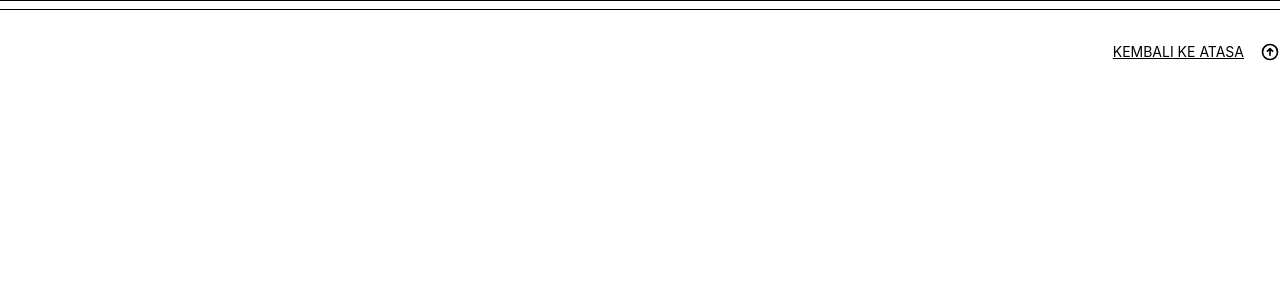
Repository: farrelmuhammad/female-daily
Page: /
The author's editor kept a copy of each file at every save. The page is drawn from the files as they stood at one save, then again after the next save.
The browser window is 1280 px wide. The pictures show the whole page.
The project was rebuilt for these pictures with package versions that can differ from the ones it lists, and the page was loaded fresh each time. Also part of the build but not shown: src/App.css.

Above is the page before, as saved 2023-02-16 23:13:31.
Not found: img/logo.png

### src/App.js
import logo from "./logo.svg";
import "./App.css";
import { Route, Routes } from "react-router-dom";
import Homepage from "./pages/Homepage";

function App() {
  return (
    <>
      <Routes>
        <Route exact path="/" element={<Homepage />} />
      </Routes>
    </>
  );
}

export default App;

### src/pages/Homepage.jsx
import React from 'react'
import Navbar from '../components/Navbar'

const Homepage = () => {
    return (
        <>
            <Navbar />
        </>
    )
}

export default Homepage

### src/components/Navbar.jsx
import React from 'react'

const Navbar = () => {
    return (
        <div className="w-full lg:container">
            <div className="border-t border-b border-black py-1" />
            <div className="flex justify-between flex-col px-4 lg:px-0 md:flex-row py-8">
                <div className="w-2/3 md:hidden">
                    <img src="/img/logo.png" alt="company-logo" />
                </div>
                <div className="flex flex-col md:flex-row mt-8 lg:mt-0">
                    {/* <h4 className="uppercase font-bold text-black text-sm md:pr-4 md:border-r-2 border-primary mb-2 lg:mb-0">
                      <Link href="/"><a>About Us</a></Link>
                  </h4>
                  <h4 className="uppercase font-bold text-black text-sm md:px-4 md:border-r-2 border-primary mb-2 lg:mb-0">
                      <Link href="/"><a>Advertise With Us</a></Link>
                  </h4>
                  <h4 className="uppercase font-bold text-black text-sm md:px-4 md:border-r-2 border-primary mb-2 lg:mb-0">
                      <Link href="/"><a>Contact Us</a></Link>
                  </h4>
                  <h4 className="uppercase font-bold text-black text-sm md:pl-4 mb-2 lg:mb-0">
                      <Link href="/"><a>Career</a></Link>
                  </h4> */}
                </div>
                <div className="flex mt-8 lg:mt-0">
                    <span className="uppercase underline text-sm">kembali ke atasa</span>
                    <svg
                        className="w-5 h-5 ml-4"
                        xmlns="http://www.w3.org/2000/svg"
                        fill="none"
                        viewBox="0 0 24 24"
                        stroke="currentColor"
                    >
                        <path
                            strokeLinecap="round"
                            strokeLinejoin="round"
                            strokeWidth={2}
                            d="M9 11l3-3m0 0l3 3m-3-3v8m0-13a9 9 0 110 18 9 9 0 010-18z"
                        />
                    </svg>
                </div>
            </div>
        </div>
    )
}

export default Navbar

Loaded but not shown: public/index.html (common file); src/index.js (common file); src/index.css (common file); src/reportWebVitals.js (common file); tailwind.config.js (common file)

After the next save:
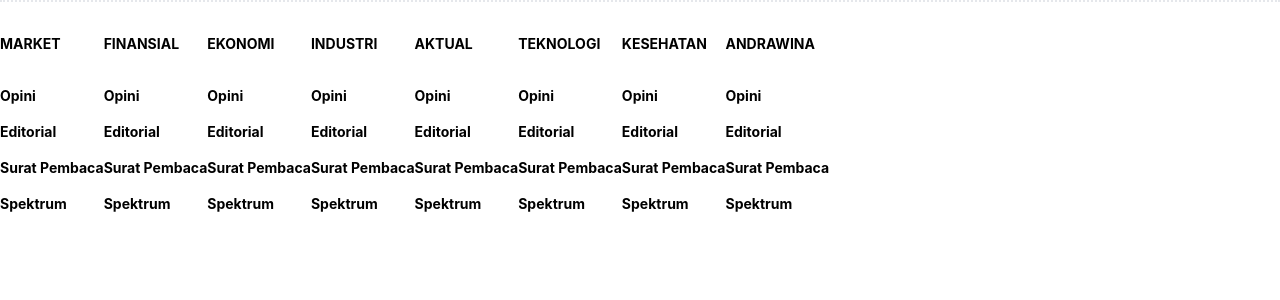
Saved 111 s later.
--- a/src/components/Navbar.jsx
+++ b/src/components/Navbar.jsx
@@ -1,47 +1,52 @@
-import React from 'react'
+import React, { useState } from 'react'
 
 const Navbar = () => {
+    const [category, setCategory] = useState([
+        "Market",
+        "finansial",
+        "ekonomi",
+        "industri",
+        "aktual",
+        "teknologi",
+        "kesehatan",
+        "andrawina",
+    ]);
+
     return (
-        <div className="w-full lg:container">
-            <div className="border-t border-b border-black py-1" />
-            <div className="flex justify-between flex-col px-4 lg:px-0 md:flex-row py-8">
-                <div className="w-2/3 md:hidden">
-                    <img src="/img/logo.png" alt="company-logo" />
+        <nav
+            className={`border-t-2 border-dotted border-primary py-8 hidden lg:flex lg:container`}
+        >
+            {category.map((category, idx) => (
+                <div className="w-1/8" key={idx}>
+                    <h4 className="text-sm font-bold text-primary mb-8 uppercase">
+                        {category}
+                    </h4>
+                    <ul className="text-sm">
+                        <li className="font-bold hover:text-gray-500 mb-4">
+                            {/* <Link href="/"> */}
+                            <a>Opini</a>
+                            {/* </Link> */}
+                        </li>
+                        <li className="font-bold hover:text-gray-500 mb-4">
+                            {/* <Link href="/"> */}
+                            <a>Editorial</a>
+                            {/* </Link> */}
+                        </li>
+                        <li className="font-bold hover:text-gray-500 mb-4">
+                            {/* <Link href="/"> */}
+                            <a>Surat Pembaca</a>
+                            {/* </Link> */}
+                        </li>
+                        <li className="font-bold hover:text-gray-500 mb-4">
+                            {/* <Link href="/"> */}
+                            <a>Spektrum</a>
+                            {/* </Link> */}
+                        </li>
+                    </ul>
                 </div>
-                <div className="flex flex-col md:flex-row mt-8 lg:mt-0">
-                    {/* <h4 className="uppercase font-bold text-black text-sm md:pr-4 md:border-r-2 border-primary mb-2 lg:mb-0">
-                      <Link href="/"><a>About Us</a></Link>
-                  </h4>
-                  <h4 className="uppercase font-bold text-black text-sm md:px-4 md:border-r-2 border-primary mb-2 lg:mb-0">
-                      <Link href="/"><a>Advertise With Us</a></Link>
-                  </h4>
-                  <h4 className="uppercase font-bold text-black text-sm md:px-4 md:border-r-2 border-primary mb-2 lg:mb-0">
-                      <Link href="/"><a>Contact Us</a></Link>
-                  </h4>
-                  <h4 className="uppercase font-bold text-black text-sm md:pl-4 mb-2 lg:mb-0">
-                      <Link href="/"><a>Career</a></Link>
-                  </h4> */}
-                </div>
-                <div className="flex mt-8 lg:mt-0">
-                    <span className="uppercase underline text-sm">kembali ke atasa</span>
-                    <svg
-                        className="w-5 h-5 ml-4"
-                        xmlns="http://www.w3.org/2000/svg"
-                        fill="none"
-                        viewBox="0 0 24 24"
-                        stroke="currentColor"
-                    >
-                        <path
-                            strokeLinecap="round"
-                            strokeLinejoin="round"
-                            strokeWidth={2}
-                            d="M9 11l3-3m0 0l3 3m-3-3v8m0-13a9 9 0 110 18 9 9 0 010-18z"
-                        />
-                    </svg>
-                </div>
-            </div>
-        </div>
-    )
+            ))}
+        </nav>
+    );
 }
 
 export default Navbar
